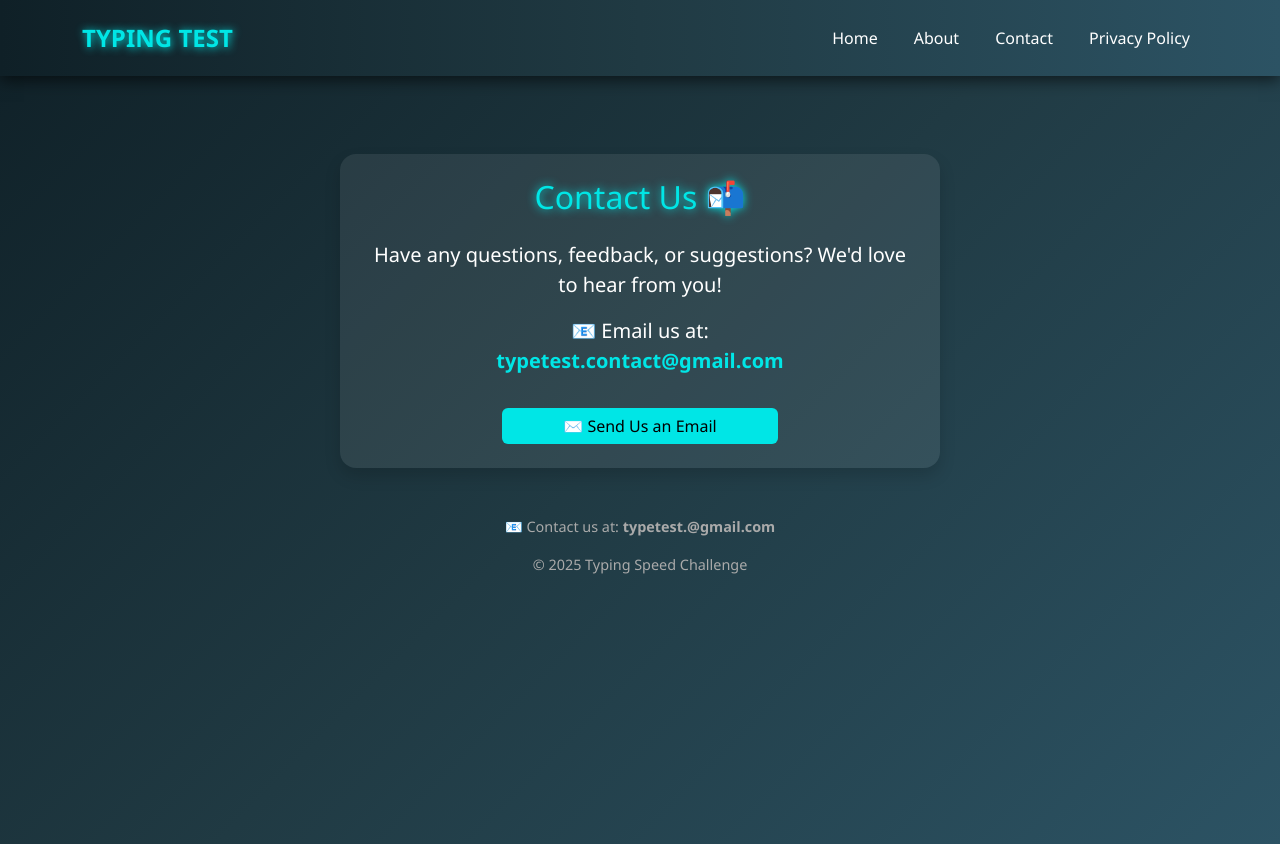
Repository: SHAHZADcodr/typing-test-react
Page: /contact
An editor plug-in stored every save of this project. The page is shown before and after a run of saves, followed by the edit.
The browser window is 1280 px wide. The pictures show the whole page.
The project was rebuilt for these pictures with package versions that can differ from the ones it lists, and the page was loaded fresh each time. Also part of the build but not shown: src/customCss/Home.css, src/pages/Home.jsx, src/customCss/About.css, src/pages/About.jsx, src/customCss/Game.css, src/pages/Game.jsx, src/customCss/GameOver.css, src/pages/GameOver.jsx and 1 more. Imported but missing from the stored project, and not drawn on this page: src/assets/background.mp3, src/assets/pop.mp3.

Above is the page before, as saved 2025-04-13 16:03:30.

### src/index.js
import React from 'react';
import "bootstrap/dist/css/bootstrap.min.css";
import ReactDOM from 'react-dom/client';
import './index.css';
import App from './App';
import { BrowserRouter } from 'react-router-dom';
import reportWebVitals from './reportWebVitals';

const root = ReactDOM.createRoot(document.getElementById('root'));
root.render(
  <React.StrictMode>
    <BrowserRouter>
      <App />
    </BrowserRouter>
  </React.StrictMode>
);

// If you want to start measuring performance in your app, pass a function
// to log results (for example: reportWebVitals(console.log))
// or send to an analytics endpoint. Learn more: https://bit.ly/CRA-vitals
reportWebVitals();

### src/index.css
body {
  margin: 0;
  background: linear-gradient(135deg, #0f2027,
  #203a43, #2c5364);
}

### src/App.js
import {Routes,Route} from "react-router-dom";
import './App.css';
//pages
import Home  from "./pages/Home";
import About from "./pages/About";
import Contact from "./pages/Contact";
import Game from "./pages/Game";
import GameOver from "./pages/GameOver";
import PrivacyPolicy from "./pages/PrivacyPolicy";

//components
import Navigation from "./components/Navbar";

function App() {
  return (
    <>
    <Navigation/>
    <Routes>
      <Route path="/" element={<Home/>}/>
      <Route path="*" element={<Home/>}/>
      <Route path="/about" element={<About/>}/>
      <Route path="/contact" element={<Contact/>}/>
      <Route path="/privacy-policy" element={<PrivacyPolicy/>}/>
      <Route path="/game" element={<Game/>}/>
      <Route path="/gameOver" element={<GameOver/>}/>

    </Routes>
    </>

  );
}

export default App;

### src/App.css
.custom-navbar {
  background: linear-gradient(to right, #0f2027, #203a43, #2c5364) !important;
  padding: 15px 20px;
  box-shadow: 0 4px 15px rgba(0, 0, 0, 0.6);
  font-family: 'Segoe UI', Tahoma, Geneva, Verdana, sans-serif;
  z-index: 1000;
  position: relative;
}

.custom-navbar .navbar-brand {
  color: #00e6e6 !important;
  font-weight: bold;
  font-size: 1.5rem;
  text-shadow: 1px 1px 8px #00e6e6;
}

.custom-navbar .nav-link {
  color: #ffffff !important;
  margin-left: 20px;
  transition: color 0.3s ease, transform 0.2s ease;
  font-weight: 500;
  display: inline-block;
}

.custom-navbar .nav-link:hover {
  color: #00e6e6 !important;
  transform: scale(1.05);
  text-shadow: 0 0 5px #00e6e6;
}

.custom-navbar .navbar-toggler {
  background-color: #00e6e6;
  border: none;
  outline: none;
}

### src/pages/Contact.jsx
// src/pages/Contact.jsx
import React from 'react';
import { Container, Card, Button } from 'react-bootstrap';
import '../customCss/Contact.css';

const Contact = () => {
  const currentYear = new Date().getFullYear();

  return (
      <Container className="mt-5 contact-container">
        <Card className="contact-card shadow border-0 rounded-4 text-center p-4">
          <h2 className="mb-4 text-glow">Contact Us 📬</h2>
          <p className="lead">
            Have any questions, feedback, or suggestions? We'd love to hear from you!
          </p>
          <p className="fs-5">
            📧 Email us at:<br />
            <strong>
              <a
                href="mailto:typetest.contact@gmail.com"
                className="contact-email-link"
              >
                typetest.contact@gmail.com
              </a>
            </strong>
          </p>

          <Button
            variant="info"
            href="mailto:typetest.contact@gmail.com"
            className="mt-3 w-50 mx-auto"
          >
            ✉️ Send Us an Email
          </Button>
        </Card>

        <footer className="contact-footer mt-5 text-center">
          <p>📧 Contact us at: <strong>typetest.@gmail.com</strong></p>
          <p>© {currentYear} Typing Speed Challenge</p>
        </footer>
      </Container>
  );
};

export default Contact;

### src/components/Navbar.jsx
import React from 'react';
import { Navbar, Nav, Container } from 'react-bootstrap';
import { Link } from 'react-router-dom';
import '../App.css'; // Ensure correct path

const Navigation = () => {
  return (
    <Navbar expand="lg" className="custom-navbar" variant="dark">
      <Container>
        <Navbar.Brand as={Link} to="/">TYPING TEST</Navbar.Brand>
        <Navbar.Toggle aria-controls="basic-navbar-nav" />
        <Navbar.Collapse id="basic-navbar-nav">
          <Nav className="ms-auto">
            <Nav.Link as={Link} to="/">Home</Nav.Link>
            <Nav.Link as={Link} to="/about">About</Nav.Link>
            <Nav.Link as={Link} to="/contact">Contact</Nav.Link>
            <Nav.Link as={Link} to="/privacy-policy">Privacy Policy</Nav.Link>
          </Nav>
        </Navbar.Collapse>
      </Container>
    </Navbar>
  );
};

export default Navigation;

### src/customCss/Contact.css
.contact-container {
  min-height: 100vh;
  color: #ffffff;
  padding: 30px 0;
  font-family: 'Segoe UI', Tahoma, Geneva, Verdana, sans-serif;
}

.contact-card {
  background-color: rgba(255, 255, 255, 0.08);
  color: #ffffff;
  padding: 30px;
  max-width: 600px;
  margin: 0 auto;
}

.text-glow {
  color: #00e6e6;
  text-shadow: 0 0 10px #00e6e6;
}

.contact-email-link {
  color: #00e6e6;
  text-decoration: none;
  word-break: break-all;
  display: inline-block;
}

.contact-email-link:hover {
  color: #00ffff;
  text-decoration: underline;
}

.contact-footer {
  margin-top: 40px;
  color: #aaa;
  font-size: 0.9rem;
}

.btn-info {
  background-color: #00e6e6 !important;
  border: none;
  color: #000 !important;
  font-weight: 500;
  transition: all 0.3s ease;
}

.btn-info:hover {
  background-color: #00ffff !important;
  color: #000 !important;
  box-shadow: 0 0 10px #00e6e6;
}

### src/customCss/Privacy.css
.privacy-container {
    min-height: 100vh;
    background: linear-gradient(135deg, #0f2027, #203a43, #2c5364);
    color: #ffffff;
    padding: 30px 0;
    font-family: 'Segoe UI', Tahoma, Geneva, Verdana, sans-serif;
  }

  .privacy-card {
    background-color: rgba(255, 255, 255, 0.08);
    color: #ffffff;
    max-width: 800px;
    margin: 0 auto;
  }

  .privacy-card h2,
  .privacy-card h5 {
    color: #00e6e6;
  }

  .privacy-link {
    color: #00e6e6;
    word-break: break-word;
  }

  .privacy-link:hover {
    text-decoration: underline;
  }

  .text-glow {
    text-shadow: 0 0 10px #00e6e6;
  }

Loaded but not shown: public/index.html (common file); src/reportWebVitals.js (common file)

After the next 2 saves:
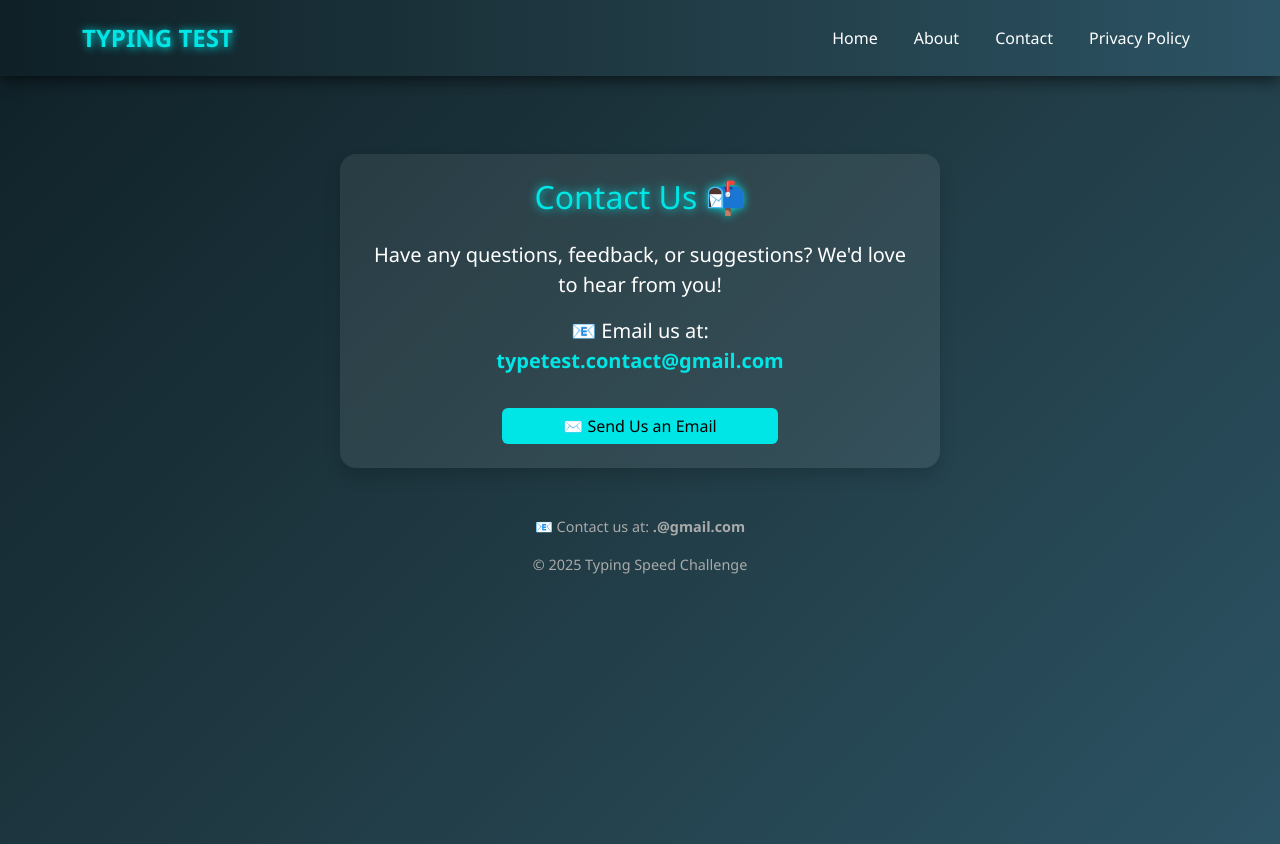
The 2 saves are shown as one change because they came seconds apart.
The last was saved 20 s later.
--- a/src/pages/Contact.jsx
+++ b/src/pages/Contact.jsx
@@ -35,7 +35,7 @@ const Contact = () => {
         </Card>
 
         <footer className="contact-footer mt-5 text-center">
-          <p>📧 Contact us at: <strong>typetest.@gmail.com</strong></p>
+          <p>📧 Contact us at: <strong>.@gmail.com</strong></p>
           <p>© {currentYear} Typing Speed Challenge</p>
         </footer>
       </Container>
